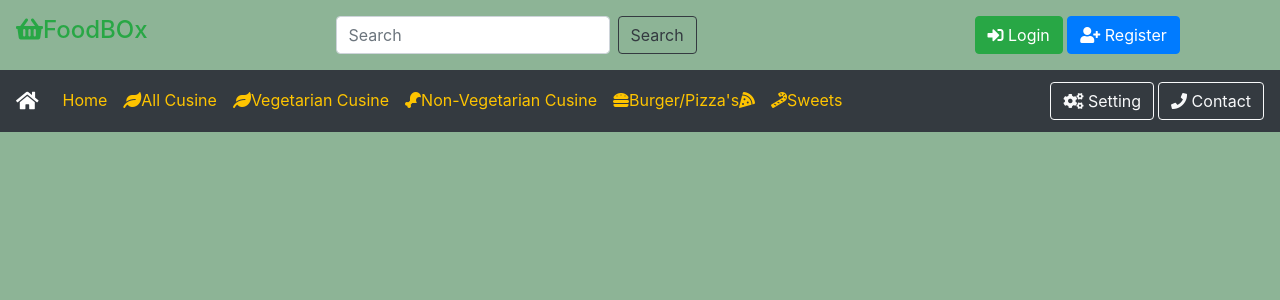
Repository: debjaniprofessional32/Capstone-Final-FoodBox-Delivery-Project
Page: http://localhost/OnlinFoodBOX/useraddress.jsp
An editor plug-in stored every save of this project. The page is shown before and after the next save, followed by the edit.
The browser window is 1280 px wide. The pictures show the whole page.
Some web libraries are served in a nearby version. The page is served by Tomcat 9. Other server files are loaded and not shown.

Above is the page before, as saved 2022-12-23 11:47:56.

### OnlinFoodBOX/src/main/webapp/useraddress.jsp
<%@ page language="java" contentType="text/html; charset=ISO-8859-1"
    pageEncoding="ISO-8859-1"%>
<!DOCTYPE html>
<html>
<head>
<meta charset="ISO-8859-1">
<title>Insert title here</title>
<%@include file="all_Component/allCss.jsp"%>
<link rel="stylesheet" href="all_Component/style.css">
</head>
<body style="background-color:#8DB496 ">
<%@include file="all_Component/navbar.jsp"%>

</body>
</html>

### OnlinFoodBOX/src/main/webapp/all_Component/allCss.jsp
<link rel="stylesheet"
	href="https://cdn.jsdelivr.net/npm/bootstrap@4.0.0/dist/css/bootstrap.min.css"
	integrity="sha384-Gn5384xqQ1aoWXA+058RXPxPg6fy4IWvTNh0E263XmFcJlSAwiGgFAW/dAiS6JXm"
	crossorigin="anonymous">
<script src="https://code.jquery.com/jquery-3.2.1.slim.min.js"
	integrity="sha384-KJ3o2DKtIkvYIK3UENzmM7KCkRr/rE9/Qpg6aAZGJwFDMVNA/GpGFF93hXpG5KkN"
	crossorigin="anonymous"></script>
<script
	src="https://cdn.jsdelivr.net/npm/popper.js@1.12.9/dist/umd/popper.min.js"
	integrity="sha384-ApNbgh9B+Y1QKtv3Rn7W3mgPxhU9K/ScQsAP7hUibX39j7fakFPskvXusvfa0b4Q"
	crossorigin="anonymous"></script>
<script
	src="https://cdn.jsdelivr.net/npm/bootstrap@4.0.0/dist/js/bootstrap.min.js"
	integrity="sha384-JZR6Spejh4U02d8jOt6vLEHfe/JQGiRRSQQxSfFWpi1MquVdAyjUar5+76PVCmYl"
	crossorigin="anonymous"></script>
<link rel="stylesheet"
	href="https://cdnjs.cloudflare.com/ajax/libs/font-awesome/5.15.3/css/all.min.css"
	integrity="sha512-iBBXm8fW90+nuLcSKlbmrPcLa0OT92xO1BIsZ+ywDWZCvqsWgccV3gFoRBv0z+8dLJgyAHIhR35VZc2oM/gI1w=="
	crossorigin="anonymous" referrerpolicy="no-referrer" />

### OnlinFoodBOX/src/main/webapp/all_Component/navbar.jsp
 <%@ taglib prefix="c" uri="http://java.sun.com/jsp/jstl/core" %>
 <%@ page isELIgnored = "false" %>
 <style type="text/css">
 .navbar {
     background: #000000
 }

 .nav-item::after {
     content: '';
     display: block;
     width: 0px;
     height: 2px;
     background: #fec400;
     transition: 0.4s
 }

 .nav-item:hover::after {
     width: 100%
 }

 .navbar-dark .navbar-nav .active>.nav-link,
 .navbar-dark .navbar-nav .nav-link.active,
 .navbar-dark .navbar-nav .nav-link.show,
 .navbar-dark .navbar-nav .show>.nav-link,
 .navbar-dark .navbar-nav .nav-link:focus,
 .navbar-dark .navbar-nav .nav-link:hover {
     color: #fec400
 }

 .nav-link {
     padding: 10px 5px;
     transition: 0.2s
 }

 body{
     background-color:grey;
 }
</style>
<div class="container-fluid p-3">
	<div class="row">

		<div class="col-md-3 text-success">

<h4><i class='fa fa-shopping-basket'></i>FoodBOx</h4>
		</div>

		<div class="col-md-6">
			<form class="form-inline my-2 my-lg-0">
				<input class="form-control mr-sm-2" type="search"
					placeholder="Search" aria-label="Search">
				<button class="btn btn-outline-dark my-2 my-sm-0" type="submit">Search</button>
			</form>
		</div>
		<c:if test="${not empty userobj}">
		<div class="col-md-3">
		    <a href="checkout.jsp" class="mt-6"><i class='fas fa-cart-plus fa-2x '></i></a>
			<a href="login.jsp" class="btn btn-success"><i class='fas fa-user-plus'></i>&nbsp;${userobj.name}</a>
			<a href="logout" class="btn btn-primary "><i class='fas fa-sign-in-alt'></i>&nbsp;Logout</a>
		</div>

		</c:if>
		<c:if test="${empty userobj}">
		<div class="col-md-3">
			<a href="login.jsp" class="btn btn-success"><i class='fas fa-sign-in-alt'></i>&nbsp;Login</a>
			<a href="rejister.jsp" class="btn btn-primary "><i class='fas fa-user-plus'></i>&nbsp;Register</a>
		</div>

		</c:if>

	</div>



</div>


<nav class="navbar navbar-expand-lg navbar-dark bg-dark">
  <a class="navbar-brand " href="#"><i class="fas fa-home"></i></a>
  <button class="navbar-toggler" type="button" data-toggle="collapse" data-target="#navbarSupportedContent" aria-controls="navbarSupportedContent" aria-expanded="false" aria-label="Toggle navigation">
    <span class="navbar-toggler-icon"></span>
  </button>

  <div class="collapse navbar-collapse" id="navbarSupportedContent">
    <ul class="navbar-nav mr-auto">
      <li class="nav-item active "><a class="nav-link " href="index.jsp">Home <span class="sr-only">(current)</span></a></li>
      <li class="nav-item active"><a class="nav-link" href="all_veg.jsp"><i class="fa fa-leaf"></i>All Cusine</a></li>
      <li class="nav-item active"><a class="nav-link" href="all_veg1.jsp"><i class="fa fa-leaf"></i>Vegetarian Cusine</a></li>
      <li class="nav-item active"><a class="nav-link " href="all_nonveg.jsp"><i class='fas fa-drumstick-bite'></i>Non-Vegetarian Cusine</a></li>
      <li class="nav-item active"><a class="nav-link " href="all_Bpizza.jsp"><i class='fas fa-hamburger'></i>Burger/Pizza's<i class='fas fa-pizza-slice'></i></a></li>
      <li class="nav-item active"><a class="nav-link " href="all_sweet.jsp"><i class='fas fa-candy-cane'></i>Sweets</a></li>
    </ul>
    <form class="form-inline my-2 my-lg-0">
     <a class="btn btn-outline-light my-2 my-sm-0" href="setting.jsp" class="outline-light"><i class='fa fa-cogs '></i>&nbsp;Setting</a>
      <button class="btn btn-outline-light my-2 my-sm-0 ml-1" type="submit"><i class='fa fa-phone'></i>&nbsp;Contact</button>
    </form>
  </div>
</nav>

### OnlinFoodBOX/src/main/webapp/all_Component/style.css
 .navbar-nav active .nav-link:hover {

    background-color:#b2ff59;
    text-color:#000000;
    border-radius:10px;
}
.navbar-item:hover {


    text-color:#000000;

}

.carousel {
  width:auto;
  height:400px;
}

### OnlinFoodBOX/src/main/webapp/all_Component/footer.jsp
<div class="container-fluid text-center text-white p-2 mt-2" style="background-color:#303f9f;">
<h6>Capstone Project By Debjani Dana</h6>

</div>

After the next save:
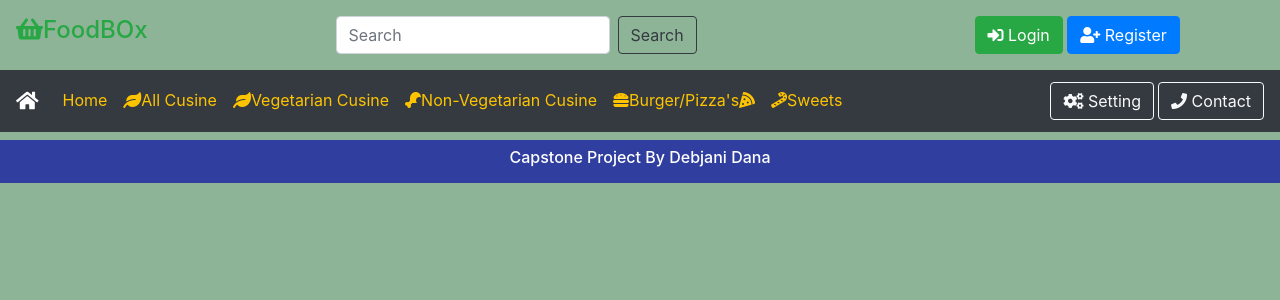
Saved 41 s later.
--- a/OnlinFoodBOX/src/main/webapp/useraddress.jsp
+++ b/OnlinFoodBOX/src/main/webapp/useraddress.jsp
@@ -10,6 +10,7 @@
 </head>
 <body style="background-color:#8DB496 ">
 <%@include file="all_Component/navbar.jsp"%>
+<%@include file="all_Component/footer.jsp"%>
 
 </body>
 </html>
